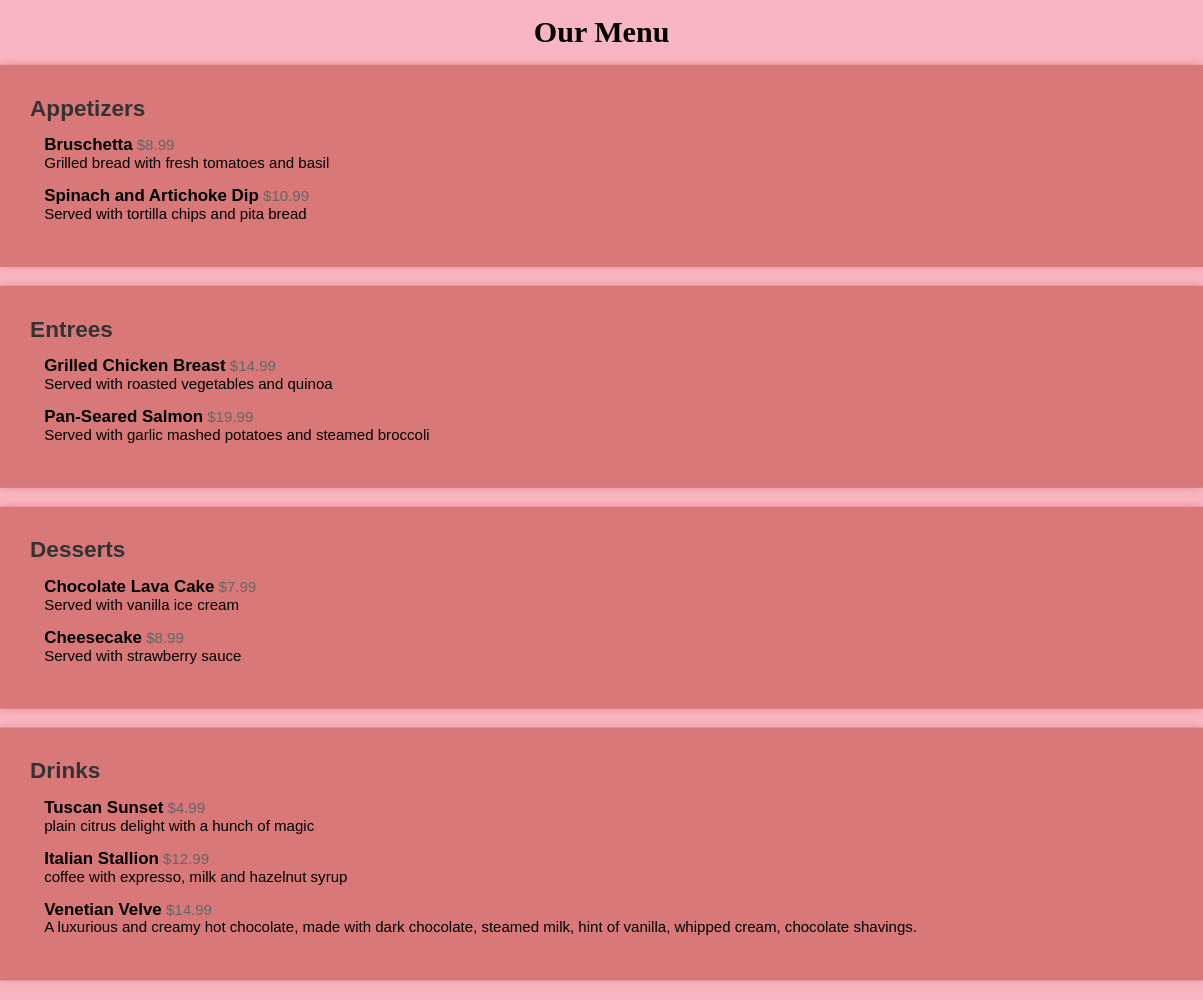
Repository: S12ahana/Food-Ordering-Website
Page: project1/Menu.html
These files come from the project's save history. The page is drawn as it stood at one moment and after the next save; the edit follows.
The browser window is 1280 px wide. The pictures show the whole page, at 94% of full size.

Above is the page before, as saved 2025-07-30 16:25:03.

After the next save:
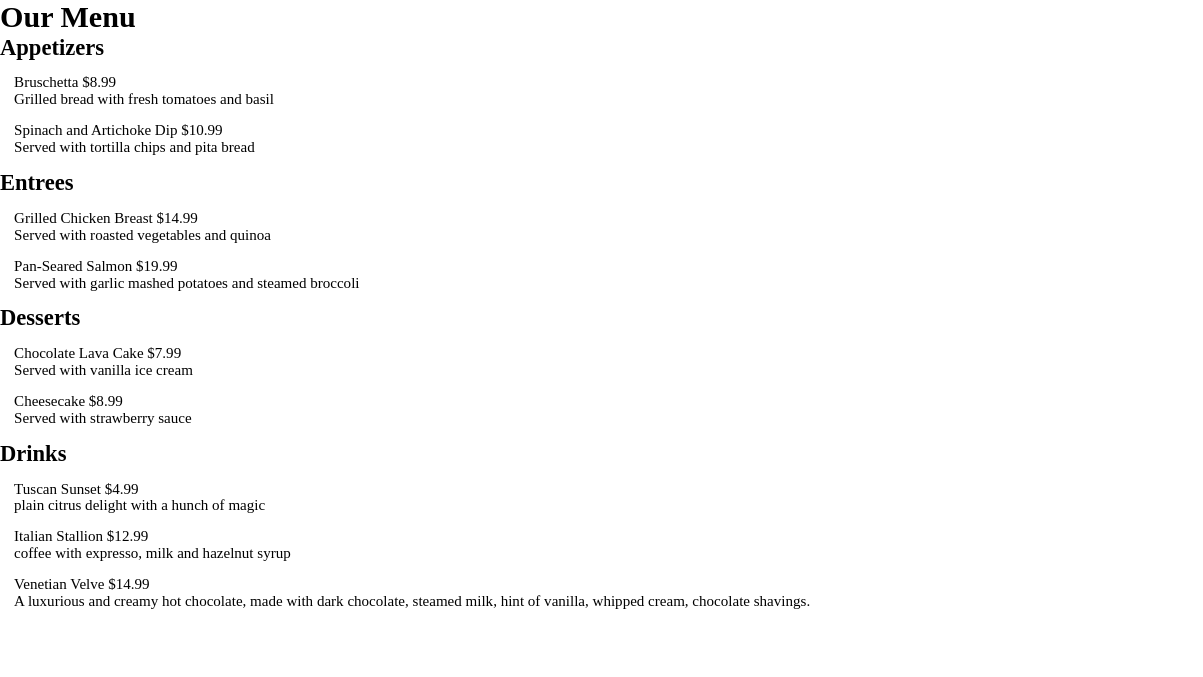
Saved 8 min 30 s later.
--- a/project1/Menu.html
+++ b/project1/Menu.html
@@ -112,45 +112,3 @@
 </main>
 </body>
 </html>
-
-<style>
-    body {
-	font-family: Arial, sans-serif;
-	margin: 0;
-	padding: 0;
-    background-color: rgb(248,182,196);
-}
-header {
-	background-color: "charcoal";
-	color: "lavender";
-	padding: 1em;
-	text-align: center;
-    font-family:cursive;
-}
-.menu-section {
-	background-color: #d87878;
-	padding: 2em;
-	margin-bottom: 20px;
-	box-shadow: 0 0 10px rgba(232, 127,127,0.907);
-}
-h2 {
-	color: #333;
-	margin-top: 0;
-}
-ul {
-	list-style: none;
-	margin: 0;
-	padding: 0;
-}
-li {
-	margin-bottom: 20px;
-}
-.dish-name {
-	font-weight: bold;
-	font-size: 18px;
-}
-.price {
-	font-size: 16px;
-	color: #666;
-}
-</style>
